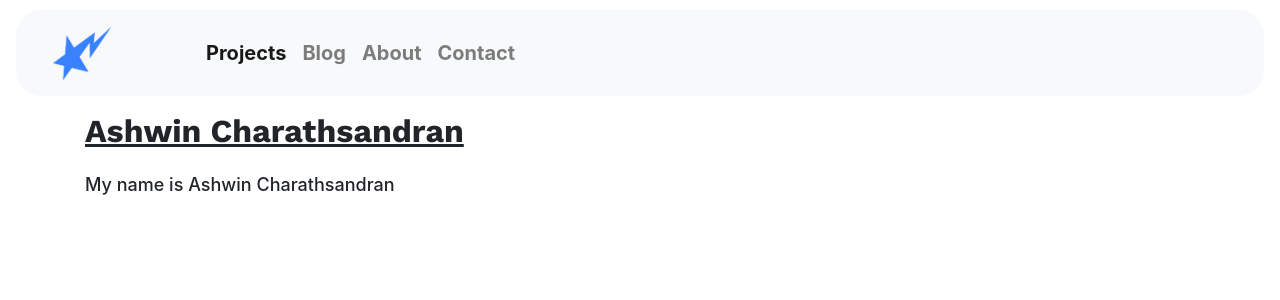
Repository: xxiz/ashwin.lol_flask
Page: http://localhost/
These files come from the project's save history. The page is drawn as it stood at one moment and after the next save; the edit follows.
The browser window is 1280 px wide. The pictures show the whole page.
The page is served by the project's application, run on Flask 3 (app.py).

Above is the page before, as saved 2021-08-29 20:12:34.

After the next save:
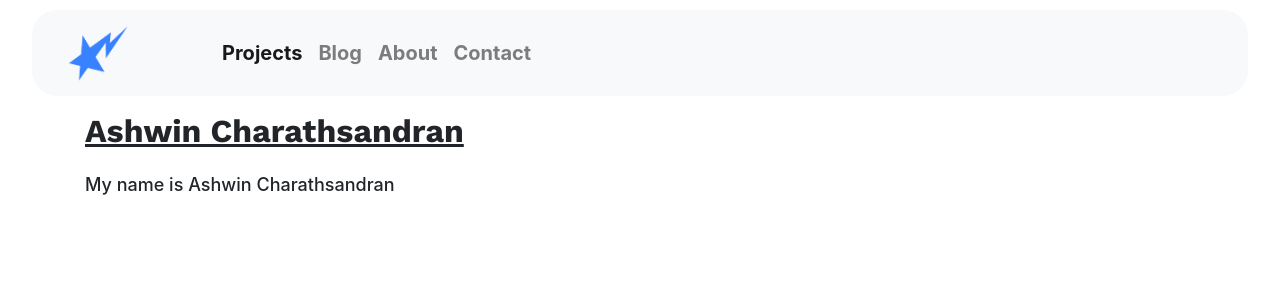
Saved 13 s later.
--- a/static/app.css
+++ b/static/app.css
@@ -37,7 +37,7 @@ a:hover {
 
 nav {
     border-radius: 25px;
-    margin-left: 1em; margin-right: 1em;
+    margin-left: 2em; margin-right: 2em;
     margin-top: 10px;
     padding: 1em;
 }
